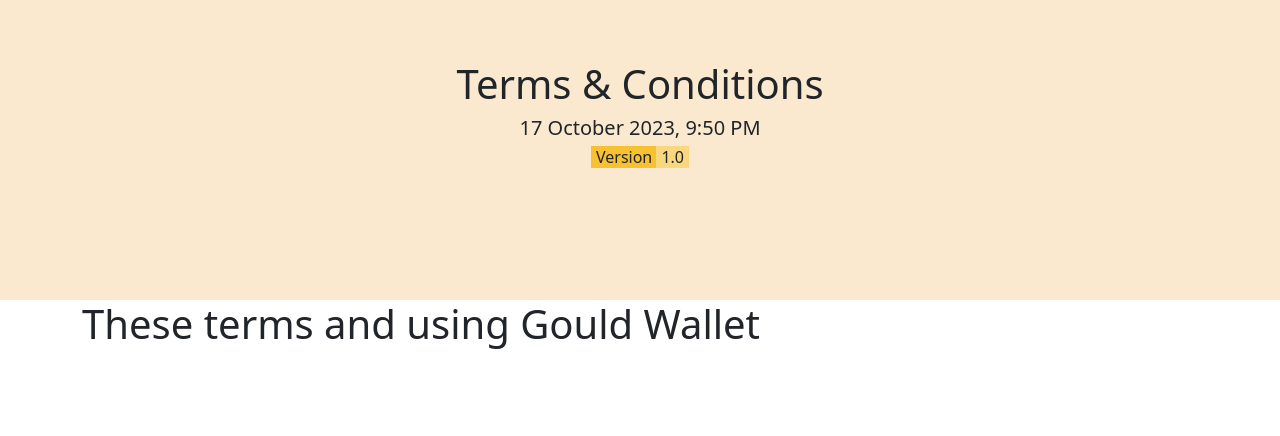
Repository: injectGroup/github.io
Page: terms.html
These files come from the project's save history. The page is drawn as it stood at one moment and after the next save; the edit follows.
The browser window is 1280 px wide. The pictures show the whole page.

Above is the page before, as saved 2023-11-30 07:30:23.

After the next save:
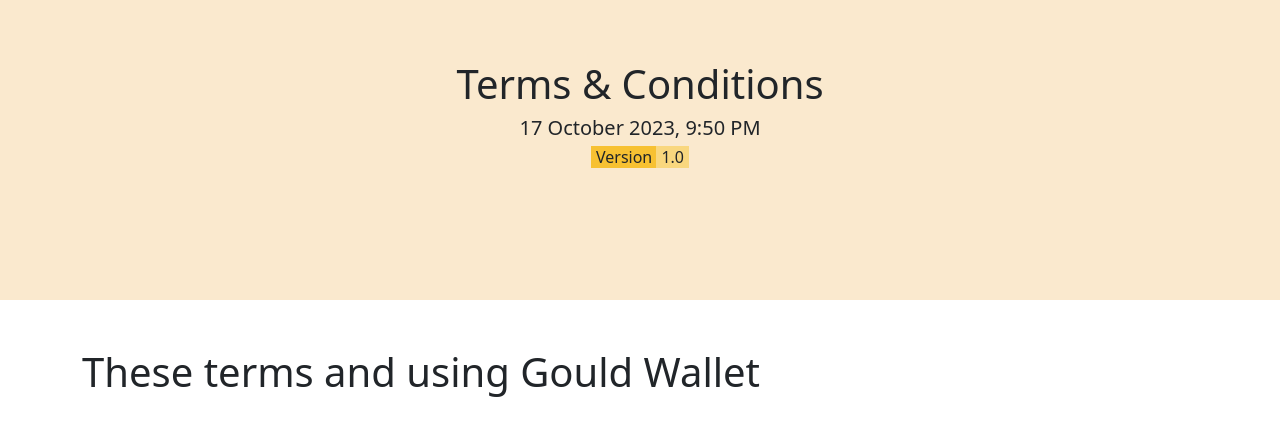
Saved 10 s later.
--- a/terms.html
+++ b/terms.html
@@ -36,7 +36,7 @@
         </div>
     </div>
     <!-- BODY -->
-    <div class="container-md">
+    <div class="container-md mt-5">
         <h1>These terms and using Gould Wallet</h1>
     </div>
     <!-- BOOTSTRAP JS-->
